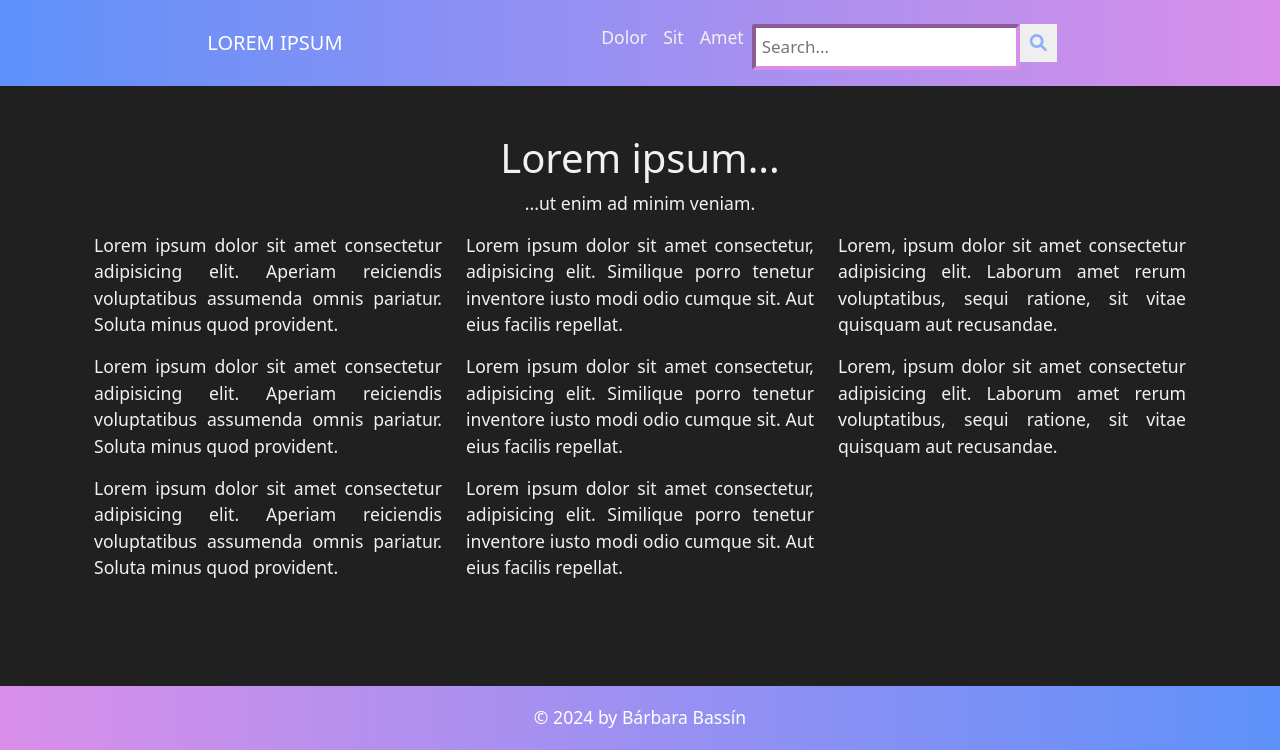
Repository: romancegirl/responsiveness
Page: index.html
These files come from the project's save history. The page is drawn as it stood at one moment and after the next save; the edit follows.
The browser window is 1280 px wide. The pictures show the whole page.

Above is the page before, as saved 2024-11-19 20:04:45.

### index.html
<!DOCTYPE html>
<html lang="en">

<head>
    <meta charset="UTF-8">
    <meta name="viewport" content="width=device-width, initial-scale=1.0">
    <title>Responsiveness - Bárbara Bassín</title>
    <link href="https://cdn.jsdelivr.net/npm/bootstrap@5.3.0/dist/css/bootstrap.min.css" rel="stylesheet">
    <link rel="stylesheet" href="https://cdnjs.cloudflare.com/ajax/libs/font-awesome/6.0.0-beta3/css/all.min.css">
    <link rel="stylesheet" href="css/header-and-footer.css">
    <link rel="stylesheet" href="css/styles.css">
</head>

<body>
    <!-- Header -->
    <header class="py-2">
        <div class="container d-flex justify-content-around align-items-center" id="profile">
            <h5 class="m-0">LOREM IPSUM</h5>
            <nav class="navbar navbar-expand-lg">
                <button class="navbar-toggler" type="button" data-bs-toggle="collapse" data-bs-target="#navbarNav"
                    aria-controls="navbarNav" aria-expanded="false" aria-label="Toggle navigation">
                    <i class="fas fa-bars"></i>
                </button>
                <div class="collapse navbar-collapse" id="navbarNav">
                    <ul class="navbar-nav ms-auto">
                        <li class="nav-item"><a class="nav-link">Dolor</a></li>
                        <li class="nav-item"><a class="nav-link">Sit</a></li>
                        <li class="nav-item"><a class="nav-link">Amet</a></li>
                        <div class="search-container">
                            <form action="/action_page.php">
                              <input type="text" placeholder="Search..." name="search">
                              <button type="submit"><i class="fa fa-search"></i></button>
                            </form>
                          </div>
                    </ul>
                </div>
            </nav>
        </div>
    </header>



    <!-- Main -->
    <main class="container my-5">
        <div>
            <h1>Lorem ipsum...</h1>
            <div id="textCarousel" class="carousel slide" data-bs-ride="carousel" data-bs-interval="2000">
                <div class="carousel-inner">
                    <div class="carousel-item active">
                        <p>...olor sit amet, consectetur adipiscing elit...</p>
                    </div>
                    <div class="carousel-item">
                        <p>...sed do eiusmod tempor incididunt ut labore...</p>
                    </div>
                    <div class="carousel-item">
                        <p>...ut enim ad minim veniam.</p>
                    </div>
                </div>
            </div>
        </div>



        <div class="container text-center">
            <div class="row">
                <div class="col-6 col-md-4 paragraph">Lorem ipsum dolor sit amet consectetur adipisicing elit. Aperiam
                    reiciendis
                    voluptatibus assumenda omnis pariatur. Soluta minus quod provident.</div>
                <div class="col-6 col-md-4 paragraph">Lorem ipsum dolor sit amet consectetur, adipisicing elit.
                    Similique porro
                    tenetur inventore iusto modi odio cumque sit. Aut eius facilis repellat.</div>
                <div class="col-6 col-md-4 paragraph">Lorem, ipsum dolor sit amet consectetur adipisicing elit. Laborum
                    amet rerum
                    voluptatibus, sequi ratione, sit vitae quisquam aut recusandae.</div>
                <div class="col-6 col-md-4 paragraph">Lorem ipsum dolor sit amet consectetur adipisicing elit. Aperiam
                    reiciendis
                    voluptatibus assumenda omnis pariatur. Soluta minus quod provident.</div>
                <div class="col-6 col-md-4 paragraph">Lorem ipsum dolor sit amet consectetur, adipisicing elit.
                    Similique porro
                    tenetur inventore iusto modi odio cumque sit. Aut eius facilis repellat.</div>
                <div class="col-6 col-md-4 paragraph">Lorem, ipsum dolor sit amet consectetur adipisicing elit. Laborum
                    amet rerum
                    voluptatibus, sequi ratione, sit vitae quisquam aut recusandae.</div>
                <div class="col-6 col-md-4 paragraph">Lorem ipsum dolor sit amet consectetur adipisicing elit. Aperiam
                    reiciendis
                    voluptatibus assumenda omnis pariatur. Soluta minus quod provident.</div>
                <div class="col-6 col-md-4 paragraph">Lorem ipsum dolor sit amet consectetur, adipisicing elit.
                    Similique porro
                    tenetur inventore iusto modi odio cumque sit. Aut eius facilis repellat.</div>
            </div>
        </div>



    </main>

    <!-- Footer -->
    <footer class="bg-dark text-center py-2">
        <div>&copy; 2024 by Bárbara Bassín</div>
    </footer>
    <script src="js/script.js"></script>
    <script src="https://cdn.jsdelivr.net/npm/bootstrap@5.3.0/dist/js/bootstrap.bundle.min.js"></script>
</body>

</html>

### css/header-and-footer.css
header {
    background: linear-gradient(to right, #5E91FA, #d98fe9);
    color: #fff;
    position: relative;
}


main {
    min-height: 70vh;
    padding-bottom: 1rem;
    box-sizing: border-box;
}

a.nav-link {
    color: #f1f1f1;
}

a.nav-link:hover {
    color: #f6c7de;
    transition: color 0.3s, text-shadow 0.3s;
    transform: scale(1.05);
}


.navbar input[type=text] {
    padding: 6px;
    margin-top: 8px;
    font-size: 17px;
    border-radius: 0.2rem;
    border-width: 0.3rem;
    border-color: #d98fe9;
}

.navbar .search-container {
    float: right;
}

.navbar .search-container button {
    float: right;
    padding: 6px 10px;
    margin-top: 8px;
    margin-right: 16px;
    font-size: 17px;
    border: none;
    cursor: pointer;
}

.navbar .search-container button:hover {
    color: #5E91FA;
}

.fa-search {
    color: #5e92faad;
    background: none !important;
}


/* navbar-toggle */

.navbar-toggler {
    border-color: #fff;
}

.navbar-toggler .fas {
    color: #fff;
    /* Cambia el color del ícono */
}

.navbar-collapse {
    justify-content: flex-end;
}

.navbar-toggler:hover {
    cursor: pointer;
}

.navbar-toggler:focus {
    outline: none;
    box-shadow: none;
}

@media (max-width: 995px) {

    .navbar-collapse {
        display: none;
        position: absolute;
        top: 134%;
        left: -55px;
        width: 100%;
        z-index: 999;
        flex-direction: column-reverse;
        align-items: center;
    }

    .navbar-collapse.show {
        display: flex;
    }

    .navbar-nav {
        background: linear-gradient(to right, #5e92fae0, #d98fe9dc);
        color: #fff;
        padding: 1.5rem;
        border-radius: 0 0 100px 100px;
        font-weight: bold;
        text-align: center;
    }

    .navbar-nav:hover {
        cursor: pointer;

    }

    a.nav-link:hover {
        color: #f6c7de;
        transition: color 0.3s, text-shadow 0.3s;
        transform: scale(1.05);
    }

    .navbar-nav .nav-item {
        margin: 10px 0;
    }

    .navbar a,
    .navbar input[type=text] {
        float: none;
        display: block;
        text-align: left;
        width: 100%;
        margin: 0;
        padding: 0.5rem;
    }

    .navbar .search-container {
        float: none;
    }

    .navbar a,
    .navbar input[type=text],
    .navbar .search-container button {
        float: none;
        display: block;
        text-align: left;
        width: 100%;
        margin: 0;
        padding: 0.2rem;
        background: none;
        border: none;
        padding: 0;/
    }

    .navbar input[type=text] {
        border-radius: 0.2rem;
        border: 0.2rem solid #b556db98;
    }

}

footer {
    background: linear-gradient(to right, #d98fe9, #5E91FA);
    color: #fff;
    bottom: 0;
    min-height: 4rem;
    display: flex;
    justify-content: center;
    align-items: center;
}

### css/styles.css
body {
    background-color: #202020;
    color: #f1f1f1;
    font-size: 110%;
}

/* Profile and resume */

.profile-photo {
    width: 250px;
    height: 250px;
    border: #a5c3ffcd;
    border-style: double;
    border-width: 5px;
    border-radius: 70px;
    display: flex;
    justify-content: center;
    align-items: center;
    overflow: hidden;
    /* Oculta cualquier parte de la imagen que se desborde */
    float: right;
}

/* titles */

h1 {
    text-align: center;
}

h2,
h3,
h4 {
    background: linear-gradient(#d98fe9, #5E91FA);
    -webkit-background-clip: text;
    background-clip: text;
    -webkit-text-fill-color: transparent;
}



/* General */

#textCarousel {
    width: 40rem;
    margin: auto;
}

p {
    text-align: center;
}

.row {
    text-align: justify;
}

.paragraph {
margin-bottom: 1rem;
}

/* Responsiveness */

.title-small,
.title-x-small {
    display: none;
}

@media screen and (max-width: 1400px) {

    .title-large,
    .title-x-small {
        display: none;
    }

    .title-small {
        display: block;
    }
}

@media screen and (max-width: 768px) {

    .title-large,
    .title-small {
        display: none;
    }

    .title-x-small {
        display: block;
        text-align: center;

    }

    #textCarousel {
        max-width: 90%; /* Usa un tamaño relativo en lugar de fijo */
    }
}

### js/script.js
document.addEventListener('click', function(event) {
    var navbar = document.querySelector('.navbar-collapse');
    var toggler = document.querySelector('.navbar-toggler');

    // Si el menú está abierto y se hace clic fuera de él, lo cierra
    if (navbar.classList.contains('show') && !navbar.contains(event.target) && !toggler.contains(event.target)) {
        var bsCollapse = new bootstrap.Collapse(navbar, {
            toggle: false
        });
        bsCollapse.hide();
    }
});

// Cerrar el menú automáticamente al hacer clic en cualquier enlace
var navLinks = document.querySelectorAll('.nav-link');
navLinks.forEach(function(link) {
    link.addEventListener('click', function() {
        var navbar = document.querySelector('.navbar-collapse');
        var bsCollapse = new bootstrap.Collapse(navbar, {
            toggle: false
        });
        bsCollapse.hide();
    });
});

After the next save:
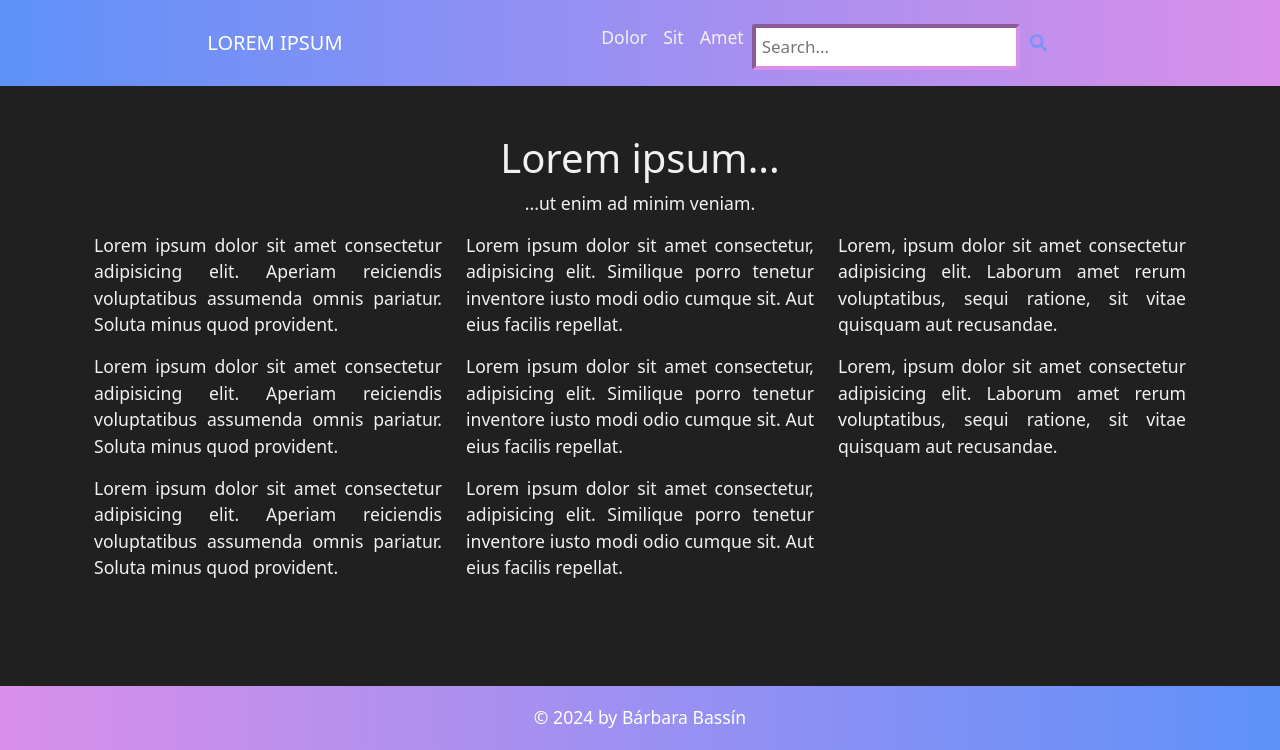
Saved 45 s later.
--- a/css/header-and-footer.css
+++ b/css/header-and-footer.css
@@ -43,6 +43,8 @@ a.nav-link:hover {
     font-size: 17px;
     border: none;
     cursor: pointer;
+    background: none !important;
+
 }
 
 .navbar .search-container button:hover {
